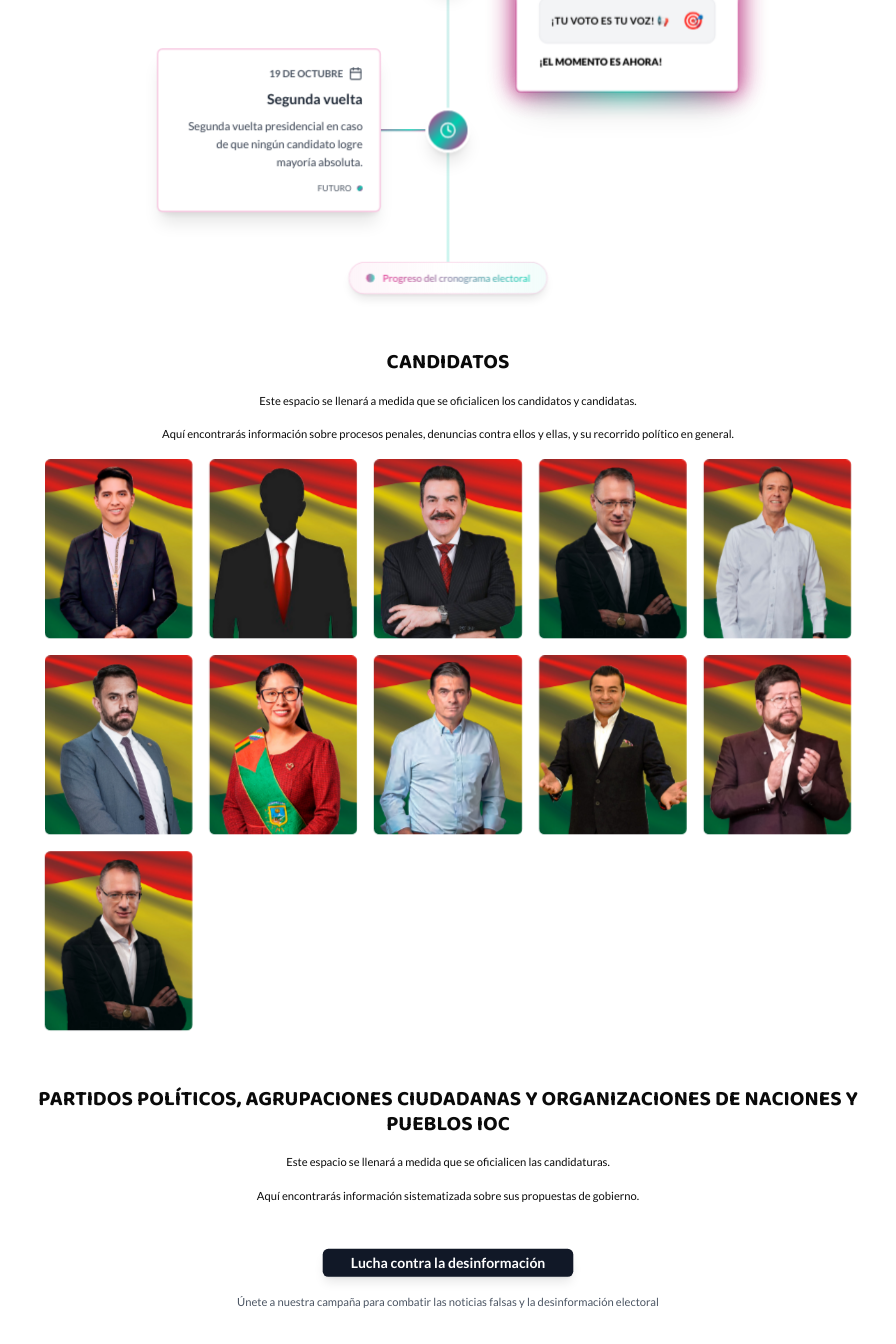
Repository: Roberto8695/chequeatuvoto-v2
Page: /
An editor plug-in stored every save of this project. The page is shown before and after the next save, followed by the edit.
The browser window is 1280 px wide. The pictures show the part of the page from y = 4580 to 6500 px (the page is 6662 px tall before and 6382 px after), at 70% of full size.
The project was rebuilt for these pictures with package versions that can differ from the ones it lists, and the page was loaded fresh each time. Some packages were replaced by stand-ins written for this rebuild. The framework's server and built-in components were replaced by stand-ins that run in the browser. Also part of the build but not shown: next.config.ts.

Above is the page before, as saved 2025-07-01 17:22:36.

### src/app/layout.tsx
import type { Metadata } from "next";
import { Lato, Baloo_2 } from "next/font/google";
import "./globals.css";
import { Footer } from "./components/footer"; // Ensure correct import path
import { Navbar } from "./components/navbar"; // Ensure correct import path
import Script from "next/script";

const lato = Lato({
  variable: "--font-primary",
  subsets: ["latin"],
  weight: ["300", "400", "700", "900"],
});

const baloo = Baloo_2({
  variable: "--font-secondary",
  subsets: ["latin"],
  weight: ["400", "500", "700"],
});

export const metadata: Metadata = {
  title: "Chequea tu voto",
  description: "Página dedicada a ayudar a la población boliviana a verificar su voto",
  icons: {
    icon: [
      { url: "/logo3.svg", type: "image/svg+xml" },
      { url: "/icon.svg", type: "image/svg+xml" },
    ],
    shortcut: "/logo3.svg",
    apple: "/logo3.svg",
  },
};

export default function RootLayout({
  children,
}: Readonly<{
  children: React.ReactNode;
}>) {
  return (
    <html lang="en">
<body className={`${lato.variable} ${baloo.variable} antialiased`}>
  {/* Google Analytics */}
  <Script
    strategy="afterInteractive"
    src={`https://www.googletagmanager.com/gtag/js?id=G-XXXXXXXXXX`} // Replace with your ID
  />
  <Script
    id="ga-init"
    strategy="afterInteractive"
    dangerouslySetInnerHTML={{
      __html: `
        window.dataLayer = window.dataLayer || [];
        function gtag(){dataLayer.push(arguments);}
        gtag('js', new Date());
        gtag('config', 'G-JVEVFC0HKC', {
          page_path: window.location.pathname,
        });
      `,
    }}
  />

  <div className="flex flex-col min-h-screen">
    <Navbar />
    <main className="flex-1">{children}</main>
    <Footer />
  </div>
</body>

    </html>
  );
}

### src/app/components/footer.tsx
import Link from "next/link";
import {FaCheck } from "react-icons/fa6"; // Location Icon
import { FaTwitter,FaInstagram, FaTiktok, FaYoutube } from "react-icons/fa"; // Social Icons

const footerLinks = [
  { name: "Quienes somos", href: "/about" },
  { name: "Contacto", href: "/contact" },
  { name: "Terminos", href: "/#" },
  { name: "Privacidad", href: "/#" },
];

const socialLinks = [
  { icon: FaTwitter, href: "https://twitter.com" },
  { icon: FaYoutube, href: "https://discord.com" },
  { icon: FaInstagram, href: "https://instagram.com" },
  { icon: FaTiktok, href: "https://tiktok.com" },
];

export function Footer() {
  return (
    <footer className="bg-white border-t border-gray-300 py-6">
      <div className="max-w-screen-lg mx-auto flex flex-col gap-4 px-4">
        {/* First Row: Location & Links */}
        <div className="flex flex-col sm:flex-row justify-between items-center w-full">
          {/* Location */}
          <div className="flex items-center gap-2 text-gray-700 text-sm">
            <FaCheck className="text-lg text-gray-600" />
            <span className="font-extrabold font-round text-2xl sm:text-xl">CHEQUEA TU VOTO</span>
          </div>

          {/* Navigation Links */}
          <nav className="flex gap-4 flex-wrap justify-center sm:justify-end">
            {footerLinks.map((link) => (
              <Link key={link.name} href={link.href} className="text-sm text-gray-700 hover:text-black">
                {link.name}
              </Link>
            ))}
          </nav>
        </div>

        {/* Second Row: Copyright & Social Icons */}
        <div className="flex flex-col sm:flex-row justify-between items-center w-full border-t border-gray-300 pt-4">
          {/* Copyright */}
          <div className="text-xs text-gray-500 text-center sm:text-left">
            © {new Date().getFullYear()} Presente Bolivia. Derechos reservados.
          </div>

          {/* Social Icons */}
          <div className="flex gap-2 mt-2">
            {socialLinks.map(({ icon: Icon, href }, idx) => (
              <Link key={idx} href={href} target="_blank" rel="noopener noreferrer">
                <div className="w-7 h-7 flex items-center justify-center rounded-lg bg-gray-200 hover:bg-gray-300 transition">
                  <Icon className="text-gray-700 text-lg" />
                </div>
              </Link>
            ))}
          </div>
        </div>
      </div>
    </footer>
  );
}

### src/components/ui/button.tsx
import * as React from "react"
import { Slot } from "@radix-ui/react-slot"
import { cva, type VariantProps } from "class-variance-authority"

import { cn } from "@/lib/utils"

const buttonVariants = cva(
  "inline-flex items-center justify-center gap-2 whitespace-nowrap rounded-md text-sm font-medium ring-offset-background transition-colors focus-visible:outline-none focus-visible:ring-2 focus-visible:ring-ring focus-visible:ring-offset-2 disabled:pointer-events-none disabled:opacity-50 [&_svg]:pointer-events-none [&_svg]:size-4 [&_svg]:shrink-0",
  {
    variants: {
      variant: {
        default: "bg-primary text-primary-foreground hover:bg-primary/90",
        destructive:
          "bg-destructive text-destructive-foreground hover:bg-destructive/90",
        outline:
          "border border-input bg-background hover:bg-accent hover:text-accent-foreground",
        secondary:
          "bg-secondary text-secondary-foreground hover:bg-secondary/80",
        ghost: "hover:bg-accent hover:text-accent-foreground",
        link: "text-primary underline-offset-4 hover:underline",
      },
      size: {
        default: "h-10 px-4 py-2",
        sm: "h-9 rounded-md px-3",
        lg: "h-11 rounded-md px-8",
        icon: "h-10 w-10",
      },
    },
    defaultVariants: {
      variant: "default",
      size: "default",
    },
  }
)

export interface ButtonProps
  extends React.ButtonHTMLAttributes<HTMLButtonElement>,
    VariantProps<typeof buttonVariants> {
  asChild?: boolean
}

const Button = React.forwardRef<HTMLButtonElement, ButtonProps>(
  ({ className, variant, size, asChild = false, ...props }, ref) => {
    const Comp = asChild ? Slot : "button"
    return (
      <Comp
        className={cn(buttonVariants({ variant, size, className }))}
        ref={ref}
        {...props}
      />
    )
  }
)
Button.displayName = "Button"

export { Button, buttonVariants }

### src/app/components/card-candidatos.tsx
import { FocusCards } from "@/components/ui/focus-cards";

export function CardCandidatos() {
  const cards = [
    {
      title: "Andronico Rodríguez",
      team: "ALIANZA POPULAR",
      src: "/imagenes2/IMAGENES PAGINA WEB/andronico.jpg",
      slug: "alianza-popular",
    },
    {
      title: "A confirmar",
      team: "ADN",
      src: "/imagenes2/IMAGENES PAGINA WEB/proximamente-extra.jpg",
      slug: "adn",
    },
    {
      title: "Manfred Reyes Villa",
      team: "APB-SUMATE",
      src: "/imagenes2/IMAGENES PAGINA WEB/Manfred.jpg",
      slug: "apb-sumate",
    },
    {
      title: "Jaime Dunn",
      team: "NGP",
      src: "/imagenes2/IMAGENES PAGINA WEB/jaime-dunn.jpg",
      slug: "ngp",
    },
    {
      title: "Jorge Tuto Quiroga",
      team: "FRI",
      src: "/imagenes2/IMAGENES PAGINA WEB/tutito.jpg",
      slug: "fri",
    },
    {
      title: "Eduardo Del Castillo",
      team: "MAS-IPSP",
      src: "/imagenes2/IMAGENES PAGINA WEB/eduardo-del-castillo.jpg",
      slug: "mas-ipsp",
    },
    {
      title: "Eva Copa",
      team: "MORENA",
      src: "/imagenes2/IMAGENES PAGINA WEB/eva-copa.jpg",
      slug: "morena",
    },
    {
      title: "Rodrigo Paz Pereira",
      team: "PDC",
      src: "/imagenes2/IMAGENES PAGINA WEB/rodrigo-paz.jpg",
      slug: "pdc",
    },
    {
      title: "Jhonny Fernández",
      team: "UCS",
      src: "/imagenes2/IMAGENES PAGINA WEB/jhonny-fernandez.jpg",
      slug: "ucs",
    },
    {
      title: "Samuel Doria Medina",
      team: "UN",
      src: "/imagenes2/IMAGENES PAGINA WEB/samuel-doria-medina.jpg",
      slug: "un",
    },
    {
      title: "Jaime Dunn",
      team: "NGP",
      src: "/imagenes2/IMAGENES PAGINA WEB/jaime-dunn.jpg",
      slug: "ngp",
    },
  ];

  return <FocusCards cards={cards} />;
}

### src/components/ui/hero-section.tsx
"use client"

import ElectionCountdown from "@/components/ui/countdown"


export default function HeroSection() {
  return (
    <section className="relative min-h-screen bg-gradient-to-br from-[#de2488]/5 via-white to-[#00cfaf]/5 overflow-hidden">
      {/* Elementos decorativos de fondo */}
      <div className="absolute inset-0 overflow-hidden">
        {/* Formas geométricas con los nuevos colores */}
        <div className="absolute top-20 left-10 w-32 h-32 bg-[#de2488]/10 rounded-full animate-pulse"></div>
        <div className="absolute top-40 right-20 w-24 h-24 bg-[#00cfaf]/15 rotate-45 animate-bounce"></div>
        <div className="absolute bottom-32 left-20 w-28 h-28 bg-[#de2488]/10 rounded-lg animate-pulse"></div>
        <div className="absolute bottom-20 right-10 w-20 h-20 bg-[#00cfaf]/10 rotate-12 animate-bounce"></div>

        {/* Líneas decorativas con los nuevos colores */}
        <div className="absolute top-0 left-1/4 w-1 h-full bg-gradient-to-b from-[#de2488]/30 via-[#00cfaf]/20 to-[#de2488]/30 animate-pulse"></div>
        <div className="absolute top-0 right-1/3 w-1 h-full bg-gradient-to-b from-[#00cfaf]/30 via-[#de2488]/20 to-[#00cfaf]/30 animate-pulse"></div>

        {/* Círculos adicionales para más dinamismo */}
        <div className="absolute top-1/3 left-1/2 w-40 h-40 bg-gradient-to-r from-[#de2488]/5 to-[#00cfaf]/5 rounded-full animate-pulse transform -translate-x-1/2"></div>
        <div className="absolute bottom-1/4 right-1/4 w-24 h-24 bg-[#de2488]/8 rounded-full animate-bounce"></div>
      </div>

      <div className="relative z-10 max-w-7xl mx-auto px-4 sm:px-6 lg:px-8 py-12">        {/* Header con texto principal centrado */}
        <div className="text-center mb-16">
          <div className="flex flex-col items-center justify-center">
            <h1 className="text-4xl sm:text-5xl lg:text-6xl font-bold font-round mb-8 text-black leading-tight">
              TE AYUDAMOS A INFORMARTE ANTES DE VOTAR
            </h1>

            {/* Countdown integrado debajo del texto */}
            <div className="flex justify-center">
              <ElectionCountdown />
            </div>
          </div>
        </div>


      </div>
    </section>
  )
}

### src/components/ui/loading-screen.tsx
"use client";

import { useEffect, useState } from 'react';
import Image from 'next/image';

interface LoadingScreenProps {
  onLoadingComplete: () => void;
}

export default function LoadingScreen({ onLoadingComplete }: LoadingScreenProps) {
  const [isVisible, setIsVisible] = useState(true);
  const [shouldShow, setShouldShow] = useState(false);

  useEffect(() => {
    // Verificar si ya se mostró la loading screen en esta sesión
    const hasShownLoading = localStorage.getItem('hasShownLoadingScreen');

    if (!hasShownLoading) {
      // Primera vez en la sesión, mostrar loading screen
      setShouldShow(true);
      localStorage.setItem('hasShownLoadingScreen', 'true');

      const timer = setTimeout(() => {
        setIsVisible(false);
        // Dar un poco más de tiempo para la animación de salida
        setTimeout(() => {
          onLoadingComplete();
        }, 500);
      }, 2500);

      return () => clearTimeout(timer);
    } else {
      // Ya se mostró antes, completar inmediatamente
      onLoadingComplete();
    }
  }, [onLoadingComplete]);

  // Si no debe mostrarse, no renderizar nada
  if (!shouldShow) {
    return null;
  }

  return (
    <div
      className={`fixed inset-0 z-50 flex items-center justify-center bg-white transition-opacity duration-500 ${
        isVisible ? 'opacity-100' : 'opacity-0'
      }`}
    >
      <div className="flex flex-col items-center space-y-8">
        {/* Logo con animación de pulso */}
        <div className="relative">
          <div className="absolute inset-0 bg-gradient-to-r from-[#de2488] to-[#00cfaf] rounded-full animate-ping opacity-30"></div>
          <div className="relative bg-white rounded-full p-4 shadow-2xl">
            <Image
              src="/logo3.svg"
              alt="Chequea tu Voto Logo"
              width={120}
              height={120}
              className="animate-pulse"
              priority
            />
          </div>
        </div>

        {/* Texto de carga */}
        <div className="text-center space-y-2">
          <h2 className="text-2xl font-bold bg-gradient-to-r from-[#de2488] to-[#00cfaf] bg-clip-text text-transparent">
            Chequea tu Voto
          </h2>
          <p className="text-gray-600 animate-pulse">
            Cargando...
          </p>
        </div>

        {/* Barra de progreso animada */}
        <div className="w-64 h-2 bg-gray-200 rounded-full overflow-hidden">
          <div
            className="h-full bg-gradient-to-r from-[#de2488] to-[#00cfaf] rounded-full animate-pulse"
            style={{
              animation: 'loadingBar 2.5s ease-in-out forwards'
            }}
          ></div>
        </div>
      </div>

      <style jsx>{`
        @keyframes loadingBar {
          0% {
            width: 0%;
          }
          100% {
            width: 100%;
          }
        }
      `}</style>
    </div>
  );
}

### src/components/ui/focus-cards.tsx
"use client";

import React, { useState } from "react";
import Image from "next/image";
import Link from "next/link";
import { cn } from "@/lib/utils";

interface CardType {
  title: string;
  team?: string;
  src: string;
  slug?: string;
  partido?: string;
}

export const Card = React.memo(
  ({
    card,
    index,
    hovered,
    setHovered,
  }: {
    card: CardType;
    index: number;
    hovered: number | null;
    setHovered: React.Dispatch<React.SetStateAction<number | null>>;
  }) => {
    const CardContent = (
      <div
        onMouseEnter={() => setHovered(index)}
        onMouseLeave={() => setHovered(null)}
        className={cn(
          "rounded-lg relative bg-gray-100 dark:bg-neutral-900 overflow-hidden h-48 md:h-64 w-full transition-all duration-300 ease-out cursor-pointer group",
          hovered !== null && hovered !== index && "blur-sm scale-[0.98]"
        )}
      >
        <Image
          src={card.src}
          alt={card.title}
          fill
          className="object-cover object-center group-hover:transition-transform duration-500"
        />
        <div
          className={cn(
            "absolute inset-0 bg-black/50 flex items-end py-3 px-3 transition-opacity duration-300",
            hovered === index ? "opacity-100" : "opacity-0"
          )}
        >
          <div className="w-full">
            <div className="text-sm md:text-lg font-bold bg-clip-text text-white leading-tight">
              {card.title}
            </div>
            {card.team && (
              <div className="text-xs md:text-sm font-bold bg-clip-text text-white leading-tight -mt-0.5">
                {card.team}
              </div>
            )}
            {card.slug && (
              <div className="text-xs text-white/80 mt-1 flex items-center">
                Ver más
                <svg className="w-3 h-3 ml-1" fill="none" stroke="currentColor" viewBox="0 0 24 24">
                  <path strokeLinecap="round" strokeLinejoin="round" strokeWidth={2} d="M9 5l7 7-7 7" />
                </svg>
              </div>
            )}
          </div>
        </div>
      </div>
    );

    // Si tiene slug, envolver en Link, sino devolver solo el contenido
    if (card.slug) {
      return (
        <Link href={`/candidatos/${card.slug}`} className="block">
          {CardContent}
        </Link>
      );
    }

    return CardContent;
  }
);

Card.displayName = "Card";

export function FocusCards({ cards }: { cards: CardType[] }) {
  const [hovered, setHovered] = useState<number | null>(null);

  return (
    <div className="grid grid-cols-2 md:grid-cols-5 gap-4 md:gap-6 max-w-full mx-auto md:px-8 w-full">
      {cards.map((card, index) => (
        <Card
          key={`${card.title}-${card.slug || index}`}
          card={card}
          index={index}
          hovered={hovered}
          setHovered={setHovered}
        />
      ))}
    </div>
  );
}

### src/components/ui/card.tsx
import * as React from "react"

import { cn } from "@/lib/utils"

const Card = React.forwardRef<
  HTMLDivElement,
  React.HTMLAttributes<HTMLDivElement>
>(({ className, ...props }, ref) => (
  <div
    ref={ref}
    className={cn(
      "rounded-lg border bg-card text-card-foreground shadow-sm",
      className
    )}
    {...props}
  />
))
Card.displayName = "Card"

const CardHeader = React.forwardRef<
  HTMLDivElement,
  React.HTMLAttributes<HTMLDivElement>
>(({ className, ...props }, ref) => (
  <div
    ref={ref}
    className={cn("flex flex-col space-y-1.5 p-6", className)}
    {...props}
  />
))
CardHeader.displayName = "CardHeader"

const CardTitle = React.forwardRef<
  HTMLDivElement,
  React.HTMLAttributes<HTMLDivElement>
>(({ className, ...props }, ref) => (
  <div
    ref={ref}
    className={cn(
      "text-2xl font-semibold leading-none tracking-tight",
      className
    )}
    {...props}
  />
))
CardTitle.displayName = "CardTitle"

const CardDescription = React.forwardRef<
  HTMLDivElement,
  React.HTMLAttributes<HTMLDivElement>
>(({ className, ...props }, ref) => (
  <div
    ref={ref}
    className={cn("text-sm text-muted-foreground", className)}
    {...props}
  />
))
CardDescription.displayName = "CardDescription"

const CardContent = React.forwardRef<
  HTMLDivElement,
  React.HTMLAttributes<HTMLDivElement>
>(({ className, ...props }, ref) => (
  <div ref={ref} className={cn("p-6 pt-0", className)} {...props} />
))
CardContent.displayName = "CardContent"

const CardFooter = React.forwardRef<
  HTMLDivElement,
  React.HTMLAttributes<HTMLDivElement>
>(({ className, ...props }, ref) => (
  <div
    ref={ref}
    className={cn("flex items-center p-6 pt-0", className)}
    {...props}
  />
))
CardFooter.displayName = "CardFooter"

export { Card, CardHeader, CardFooter, CardTitle, CardDescription, CardContent }

### tailwind.config.ts
import type { Config } from "tailwindcss";

export default {
    darkMode: ["class"],
    content: [
    "./src/pages/**/*.{js,ts,jsx,tsx,mdx}",
    "./src/components/**/*.{js,ts,jsx,tsx,mdx}",
    "./src/app/**/*.{js,ts,jsx,tsx,mdx}",
  ],
  theme: {
  	extend: {
  		colors: {
  			background: 'hsl(var(--background))',
  			foreground: 'hsl(var(--foreground))',
  			card: {
  				DEFAULT: 'hsl(var(--card))',
  				foreground: 'hsl(var(--card-foreground))'
  			},
  			popover: {
  				DEFAULT: 'hsl(var(--popover))',
  				foreground: 'hsl(var(--popover-foreground))'
  			},
  			primary: {
  				DEFAULT: 'hsl(var(--primary))',
  				foreground: 'hsl(var(--primary-foreground))'
  			},
  			secondary: {
  				DEFAULT: 'hsl(var(--secondary))',
  				foreground: 'hsl(var(--secondary-foreground))'
  			},
  			muted: {
  				DEFAULT: 'hsl(var(--muted))',
  				foreground: 'hsl(var(--muted-foreground))'
  			},
  			accent: {
  				DEFAULT: 'hsl(var(--accent))',
  				foreground: 'hsl(var(--accent-foreground))'
  			},
  			destructive: {
  				DEFAULT: 'hsl(var(--destructive))',
  				foreground: 'hsl(var(--destructive-foreground))'
  			},
  			border: 'hsl(var(--border))',
  			input: 'hsl(var(--input))',
  			ring: 'hsl(var(--ring))',
  			chart: {
  				'1': 'hsl(var(--chart-1))',
  				'2': 'hsl(var(--chart-2))',
  				'3': 'hsl(var(--chart-3))',
  				'4': 'hsl(var(--chart-4))',
  				'5': 'hsl(var(--chart-5))'
  			}
  		},
  		borderRadius: {
  			lg: 'var(--radius)',
  			md: 'calc(var(--radius) - 2px)',
  			sm: 'calc(var(--radius) - 4px)'
  		},
		  keyframes: {
			"accordion-down": {
			  from: { height: "0" },
			  to: { height: "var(--radix-accordion-content-height)" },
			},
			"accordion-up": {
			  from: { height: "var(--radix-accordion-content-height)" },
			  to: { height: "0" },
			},
			fadeIn: {
			  "0%": { opacity: "0", transform: "translateY(-10px)" },
			  "100%": { opacity: "1", transform: "translateY(0)" },
			},
			pulseSubtle: {
			  "0%, 100%": { opacity: "1" },
			  "50%": { opacity: "0.85" },
			},
			pulseSlow: {
			  "0%, 100%": { boxShadow: "0 0 0 0 rgba(239, 68, 68, 0.4)" },
			  "50%": { boxShadow: "0 0 0 8px rgba(239, 68, 68, 0)" },
			},
		  },
		  animation: {
			"accordion-down": "accordion-down 0.2s ease-out",
			"accordion-up": "accordion-up 0.2s ease-out",
			fadeIn: "fadeIn 0.5s ease-out forwards",
			"pulse-subtle": "pulseSubtle 2s ease-in-out infinite",
			"pulse-slow": "pulseSlow 2s infinite",
		  },

		  fontFamily: {
			sans: ['var(--font-primary)'],
			round: ['var(--font-secondary)'],
		  },
  },
  plugins: [require("tailwindcss-animate")],
},
} satisfies Config;

Loaded but not shown: src/lib/utils.ts (common file); src/components/ui/animated-timeline.tsx (510 lines, source omitted); src/components/ui/features-grid.tsx (313 lines, source omitted); src/app/page.tsx (270 lines, source omitted); src/components/ui/countdown.tsx (183 lines, source omitted); src/app/globals.css (215 lines, source omitted); src/app/components/navbar.tsx (91 lines, source omitted)

After the next save:
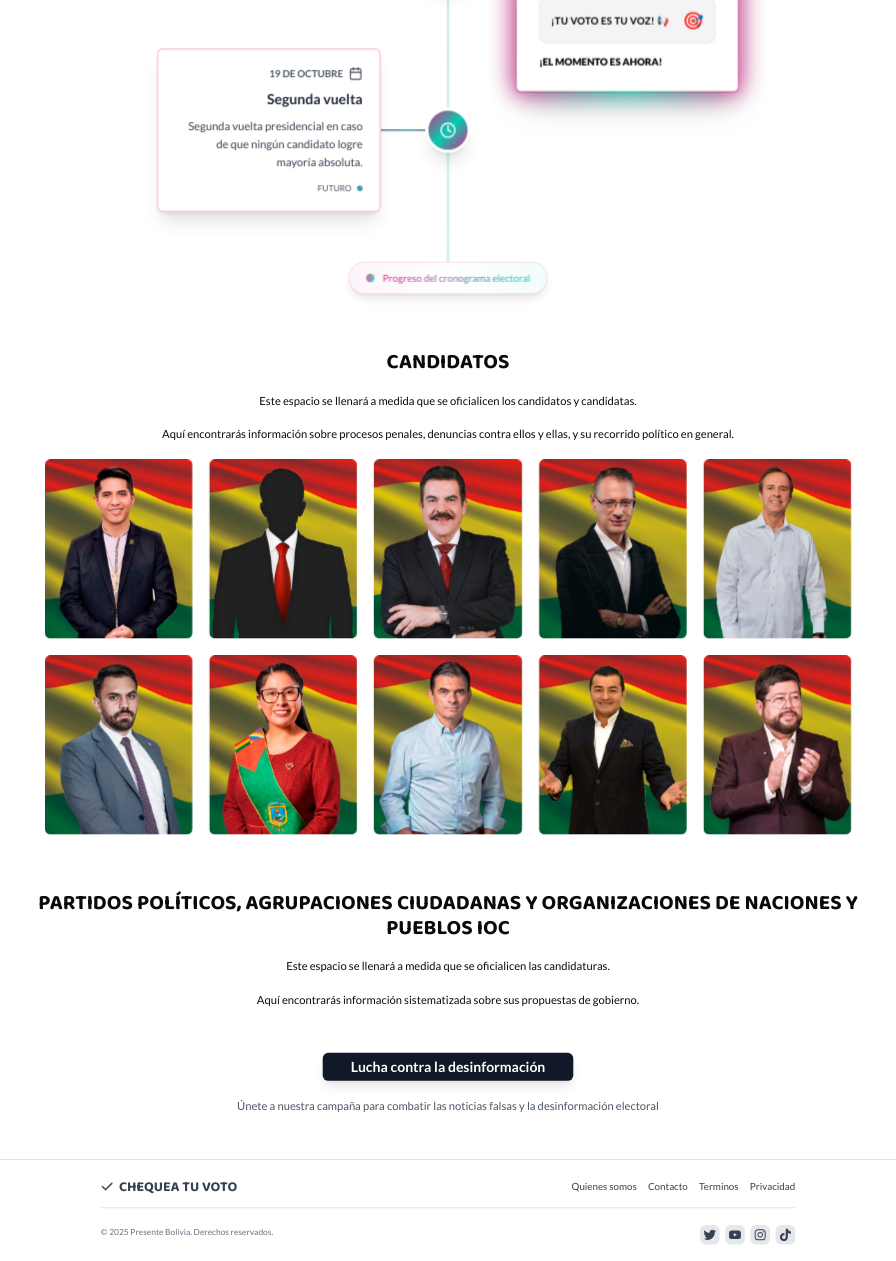
Saved 73 s later.
--- a/src/app/components/card-candidatos.tsx
+++ b/src/app/components/card-candidatos.tsx
@@ -62,12 +62,7 @@
       src: "/imagenes2/IMAGENES PAGINA WEB/samuel-doria-medina.jpg",
       slug: "un",
     },
-    {
-      title: "Jaime Dunn",
-      team: "NGP",
-      src: "/imagenes2/IMAGENES PAGINA WEB/jaime-dunn.jpg",
-      slug: "ngp",
-    },
+
   ];
 
   return <FocusCards cards={cards} />;
